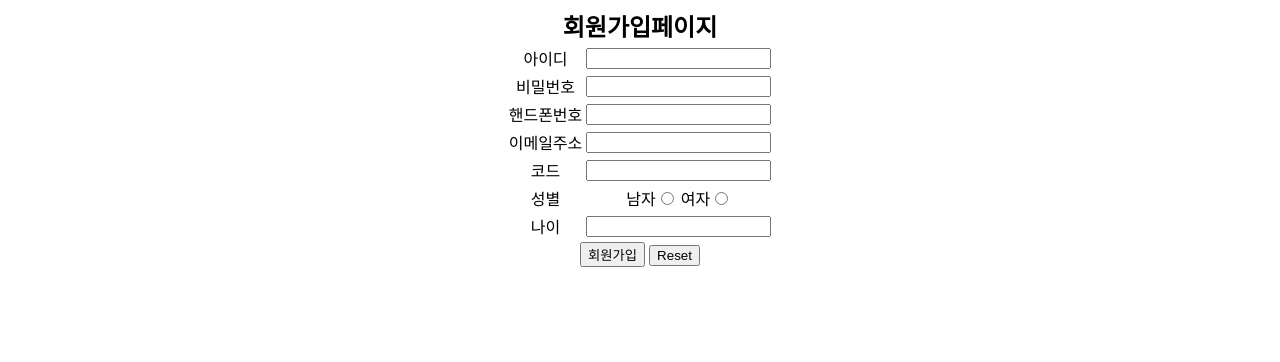
Repository: leejonggwon/Amora-Project
Page: http://localhost/MemberSystem/join.jsp
An editor plug-in stored every save of this project. The page is shown before and after the next save, followed by the edit.
The browser window is 1280 px wide. The pictures show the whole page.
The page is served by Tomcat 9. Other server files are loaded and not shown.

Above is the page before, as saved 2023-07-22 10:18:26.

### 04.Server/MemberSystem/src/main/webapp/join.jsp
<%@ page language="java" contentType="text/html; charset=EUC-KR"
    pageEncoding="EUC-KR"%>
<!DOCTYPE html>
<html>
<head>
<meta charset="EUC-KR">
<title>Insert title here</title>
<style type="text/css">
   #wrap, h2, table{
      margin: auto;
      text-align: center;
   }

</style>
</head>
<body>
   <div id="wrap">
      <h2>회원가입페이지</h2>
      <form action="joinService.jsp" method="post">
         <table>
            <tr>
               <td>아이디</td>
               <td><input type="text" name="id"></td>
            </tr>
            <tr>
               <td>비밀번호</td>
               <td><input type="password" name="pw"></td>
            </tr>
            <tr>
               <td>핸드폰번호</td>
               <td><input type="text" name="nick"></td>
            </tr>
            <tr>
               <td>이메일주소</td>
               <td><input type="email" name="email"></td>
            </tr>
            <tr>
               <td>코드</td>
               <td><input type="tel" name="phone"></td>
            </tr>
            <tr>
               <td>성별</td>
               <td>
                  남자<input type="radio" name="gender" value="남자">
                  여자<input type="radio" name="gender" value="여자">
               </td>
            </tr>
            <tr>
               <td>나이</td>
               <td><input type="number" name="age"></td>
            </tr>
            <tr>
               <td colspan="2">
                  <input type="submit" value="회원가입">
                  <input type="reset">
               </td>
            </tr>



         </table>
      </form>
   </div>
</body>
</html>

After the next save:
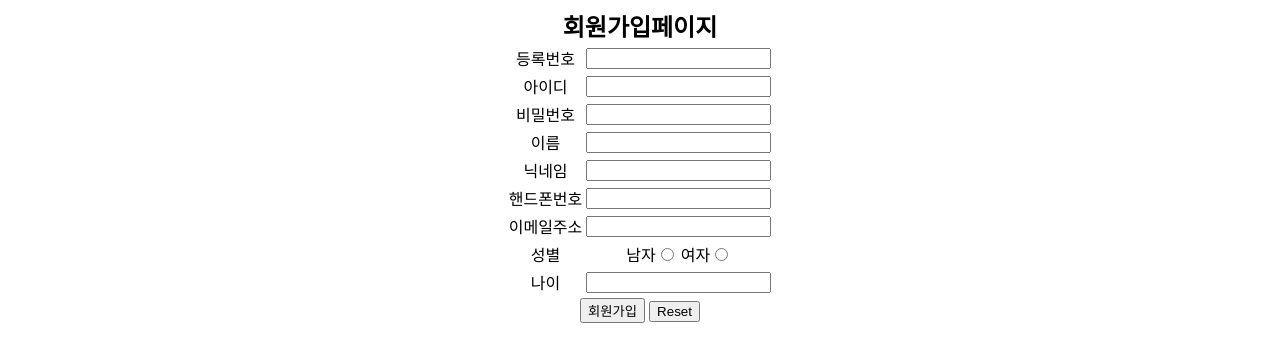
Saved 12 min 13 s later.
--- a/04.Server/MemberSystem/src/main/webapp/join.jsp
+++ b/04.Server/MemberSystem/src/main/webapp/join.jsp
@@ -19,23 +19,31 @@
       <form action="joinService.jsp" method="post">
          <table>
             <tr>
-               <td>아이디</td>
+               <td>등록번호</td>
                <td><input type="text" name="id"></td>
             </tr>
             <tr>
-               <td>비밀번호</td>
+               <td>아이디</td>
                <td><input type="password" name="pw"></td>
             </tr>
             <tr>
-               <td>핸드폰번호</td>
+               <td>비밀번호</td>
                <td><input type="text" name="nick"></td>
             </tr>
             <tr>
-               <td>이메일주소</td>
+               <td>이름</td>
                <td><input type="email" name="email"></td>
             </tr>
             <tr>
-               <td>코드</td>
+               <td>닉네임</td>
+               <td><input type="tel" name="phone"></td>
+            </tr>
+            <tr>
+               <td>핸드폰번호</td>
+               <td><input type="tel" name="phone"></td>
+            </tr>
+            <tr>
+               <td>이메일주소</td>
                <td><input type="tel" name="phone"></td>
             </tr>
             <tr>
